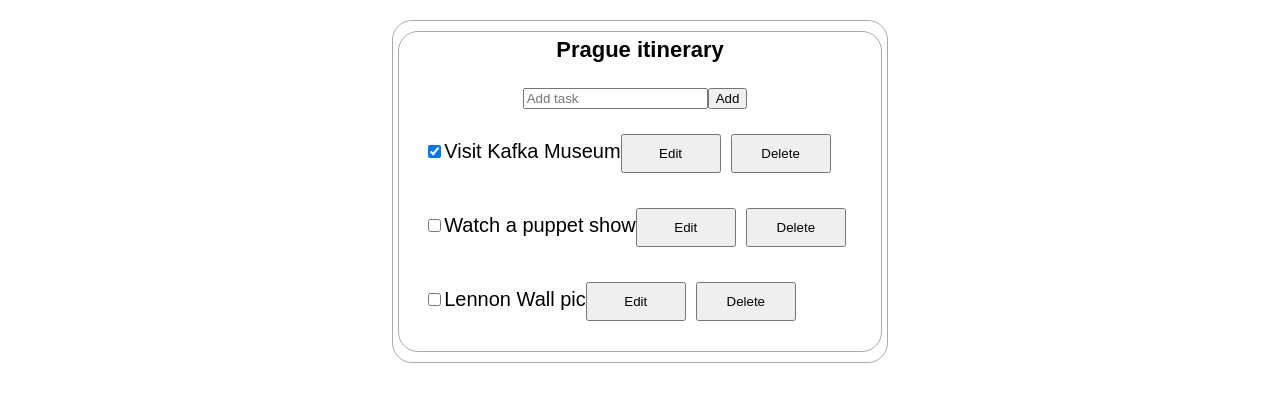
Repository: trider/my-react-app
Page: /
These files come from the project's save history. The page is drawn as it stood at one moment and after the next save; the edit follows.
The browser window is 1280 px wide. The pictures show the whole page.
The project was rebuilt for these pictures with package versions that can differ from the ones it lists, and the page was loaded fresh each time. Also part of the build but not shown: src/components/basic/Gallery.js, src/components/basic/Profile.js, src/components/utils.js, src/components/basic/Avatar.js, src/components/basic/GridX.js, src/components/time/Clock.js, src/components/time/Time.js, src/components/basic/ListT.js and 54 more. Imported but missing from the stored project, and not drawn on this page: src/components/stateManagement/Accoridion.

Above is the page before, as saved 2024-04-25 11:01:15.

### src/App.js
// import logo from './logo.svg';
import Gallery from './components/basic/Gallery.js';
import Profile from './components/basic/Profile.js';
import Avatar from './components/basic/Avatar.js';
import GridX from './components/basic/GridX.js';
import Time from './components/time/Time.js';
import List from './components/basic/ListT.js';
import ListP from './components/people/people.js';
import Tea from './components/basic/Tea.js';
import MyFancy from './components/fancyText/MyFancy.js';
import Interactive from './components/inveractive/interactive.js';
import State from './components/state/state.js';
import StateManagement from './components/stateManagement/StateManagement.js';

import Card from './components/basic/Card.js';

import './App.css';
import './styles.css';

const props = {
  avatar: {
    size: 100,
    person: {
      name: 'Katsuko Saruhashi',
      imageId: 'YfeOqp2'
    }
  },
  show: {
    default: {
      show:false,
      components:{
        clock: false,
        avatar: false,
        gallery: false,
        grid: false,
        profile: false,
        list: false,
        people: false,
        tea: true,
        fancy: true
      }
    },
    interactive: false,
    state: false,
    stateManagement: true



  }

}

const person = {
  name: 'Gregorio Y. Zara',
  theme: {
    backgroundColor: 'black',
    color: 'pink'
  }
};




let App = () => {
  return (
    <div>

      { props.show.default.show &&
        <div>
          {props.show.default.components.clock && <Card><Time /></Card>}
          {props.show.default.components.profile && <Card><Profile /></Card>}
          {props.show.default.components.grid && <Card><GridX /></Card>}
          {props.show.default.components.person &&
            <Card>
              <div style={person.theme}>
                <h1>{person.name}'s Todos</h1>
                <img
                  className="avatar"
                  src="https://i.imgur.com/7vQD0fPs.jpg"
                  alt="Gregorio Y. Zara"
                />
                <ul>
                  <li>Improve the videophone</li>
                  <li>Prepare aeronautics lectures</li>
                  <li>Work on the alcohol-fuelled engine</li>
                </ul>
              </div>
            </Card>
          }


            {props.show.default.components.avatar &&
              <Card>
                <div className="avatar"><Avatar {...props.avatar} /></div>
              </Card>

            }

            {props.show.default.components.list && <Card><List /></Card>}
            {props.show.default.components.gallery && <Card><Gallery /></Card>}
            {props.show.default.components.people && <Card><ListP /></Card>}
            {props.show.default.components.tea && <Card><Tea /></Card>}
            {props.show.default.components.fancy && <Card><MyFancy /></Card>}



        </div>
      }
      {props.show.interactive && <Interactive />}
      {props.show.state && <State />}
      {props.show.stateManagement && <StateManagement />}



    </div>


  );
}


export default App;

### src/components/stateManagement/StateManagement.js
import Quiz from "./Quiz";
import FeedbackForm from "./FeedBack";
import NameCheck from "./NameCheck";
import Menu from "./Snacks";
import Card from "../basic/Card";
import TravelPlan from "./places/TravelPlan";
import Accordion from "./Accoridion";
import Counter1 from "./Counters/Counters1";
import Counter2 from "./Counters/Counters2";
import Counter3 from "./Counters/Counters3";
import Counter4 from "./Counters/Counters4";
import Scoreboard from "./Counters/Counters5";
import Messenger from "./Contacts/Contacts";
import TaskApp from "./Reducers/TaskApp";

import './styles.css';
import './Counters/counters.css';
// import './places/places.css';

const props = {
 show: {
  quiz: false,
  feedBack: false,
  nameCheck: false,
  menu: false,
  travelPlan: false,
  accordion:false,
  counter1:false,
  counter2:false,
  counter3:false,
  counter4:false,
  scoreboard:false,
  messenger:false,
  taskApp:true

 }
};


const StateManagement = () => {


  return (
    <div>
     {props.show.quiz && <Quiz />}
     {props.show.feedBack && <FeedbackForm />}
     {props.show.nameCheck && <NameCheck />}
     {props.show.menu &&
      <Card>
        <Menu />
      </Card>}
      {props.show.travelPlan && <TravelPlan /> }
      {props.show.accordion &&  <Accordion />}
      {props.show.counter1 && <Counter1 />}
      {props.show.counter2 && <Counter2 />}
      {props.show.counter3 && <Counter3 />}
      {props.show.counter4 && <Counter4 />}
      {props.show.scoreboard && <Scoreboard />}
      {props.show.messenger && <Messenger />}
      {props.show.taskApp &&
        <Card>
         <TaskApp />
        </Card>}

    </div>
  );
}

export default StateManagement;

### src/components/basic/Card.js
import '../../styles.css';



const Card = ({ children }) => {
 return (
   <div className="card">
     {children}
   </div>
 );
}

export default Card;

### src/styles.css
* {
 box-sizing: border-box;
}

body {
 font-family: sans-serif;
 margin: 20px;
 padding: 0;
}

h1 {
 margin-top: 0;
 font-size: 22px;
}

h2 {
 margin-top: 0;
 font-size: 20px;
}

h3 {
 margin-top: 0;
 font-size: 18px;
}

h4 {
 margin-top: 0;
 font-size: 16px;
}

h5 {
 margin-top: 0;
 font-size: 14px;
}

h6 {
 margin-top: 0;
 font-size: 12px;
}

code {
 font-size: 1.2em;
}

ul {
 padding-inline-start: 20px;
 list-style-type: circle;
}

.card {
 width: fit-content;
 margin: 5px;
 display: block;
 margin-left: auto;
 margin-right: auto;
 padding: 5px;
 font-size: 20px;
 text-align: center;
 border: 1px solid #aaa;
 border-radius: 20px;
 background: #fff;
}
.avatar {
 margin: 20px;
 border-radius: 50%;
}

### src/components/people/people.css
* {
 box-sizing: border-box;
}

body {
 font-family: sans-serif;
 margin: 20px;
 padding: 0;
}

h1 {
 margin-top: 0;
 font-size: 22px;
}

h2 {
 margin-top: 0;
 font-size: 20px;
}

h3 {
 margin-top: 0;
 font-size: 18px;
}

h4 {
 margin-top: 0;
 font-size: 16px;
}

h5 {
 margin-top: 0;
 font-size: 14px;
}

h6 {
 margin-top: 0;
 font-size: 12px;
}

code {
 font-size: 1.2em;
}

ul {
 padding-inline-start: 20px;
}

ul { list-style-type: none; padding: 0px 10px; }
li {
 margin-bottom: 10px;
 display: grid;
 grid-template-columns: auto 1fr;
 gap: 20px;
 align-items: center;
}
img { width: 100px; height: 100px; border-radius: 50%; }

### src/components/fancyText/fancy.css
* {
 box-sizing: border-box;
}

body {
 font-family: sans-serif;
 margin: 20px;
 padding: 0;
}

h1 {
 margin-top: 0;
 font-size: 22px;
}

h2 {
 margin-top: 0;
 font-size: 20px;
}

h3 {
 margin-top: 0;
 font-size: 18px;
}

h4 {
 margin-top: 0;
 font-size: 16px;
}

h5 {
 margin-top: 0;
 font-size: 14px;
}

h6 {
 margin-top: 0;
 font-size: 12px;
}

code {
 font-size: 1.2em;
}

ul {
 padding-inline-start: 20px;
}

.fancy {
 font-family: 'Georgia';
}
.title {
 color: #007AA3;
 text-decoration: underline;
}
.cursive {
 font-style: italic;
}
.small {
 font-size: 10px;
}
.colorbox {
 height: 100px;
 width: 100px;
 margin: 8px;
}

### src/components/inveractive/interactive.css
* {
 box-sizing: border-box;
}

body {
 font-family: sans-serif;
 margin: 20px;
 padding: 0;
}

h1 {
 margin-top: 0;
 font-size: 22px;
}

h2 {
 margin-top: 5px;
 font-size: 20px;
}

h3 {
 margin-top: 0;
 font-size: 18px;
}

h4 {
 margin-top: 0;
 font-size: 16px;
}

h5 {
 margin-top: 0;
 font-size: 14px;
}

h6 {
 margin-top: 0;
 font-size: 12px;
}

code {
 font-size: 1.2em;
}

ul {
 padding-inline-start: 20px;
}

section {
 margin-bottom: 20px;
}

button {
 margin-top: 10px;
 margin-right: 10px;
 margin-bottom: 15px;
}


.Toolbar {
 background: #aaa;
 padding: 5px;
}

### src/components/state/state.css
* {
 box-sizing: border-box;
}

body {
 font-family: sans-serif;
 margin: 20px;
 padding: 0;
}

h1 {
 margin-top: 0;
 font-size: 22px;
}

h2 {
 margin-top: 0;
 font-size: 20px;
}

h3 {
 margin-top: 0;
 font-size: 18px;
}

h4 {
 margin-top: 0;
 font-size: 16px;
}

h5 {
 margin-top: 0;
 font-size: 14px;
}

h6 {
 margin-top: 0;
 font-size: 12px;
}

code {
 font-size: 1.2em;
}

ul {
 padding-inline-start: 20px;
 list-style-type: circle;
}


label, textarea { margin-bottom: 10px; display: block; }

.cardState {
 width:max-content;
 margin: 5px;
 display: block;
 /* margin-left: auto;
 margin-right: auto; */
 padding: 5px;
 font-size: 20px;
 text-align: center;
 border: 1px solid #aaa;
 border-radius: 20px;
 background: #fff;
}

### src/components/stateManagement/Reducers/TaskApp.js
import { useReducer } from 'react';
import AddTask from './AddTask.js';
import TaskList from './TaskList.js';
import tasksReducer from './tasksReducer.js';
import Card from '../../basic/Card.js';

export default function TaskApp() {
  const [tasks, dispatch] = useReducer(tasksReducer, initialTasks);

  function handleAddTask(text) {
    dispatch({
      type: 'added',
      id: nextId++,
      text: text,
    });
  }

  function handleChangeTask(task) {
    dispatch({
      type: 'changed',
      task: task,
    });
  }

  function handleDeleteTask(taskId) {
    dispatch({
      type: 'deleted',
      id: taskId,
    });
  }

  function list(tasks) {
    return <ul>
      {tasks.map((task) => (
        <li key={task.id}>
         {JSON.stringify(task)}
        </li>
      ))}
    </ul>
    ;
  }

  return (
    <>
      <Card>
      <h1>Prague itinerary</h1>
      <AddTask onAddTask={handleAddTask} />
      <TaskList
        tasks={tasks}
        onChangeTask={handleChangeTask}
        onDeleteTask={handleDeleteTask}
      />
      </Card>

    </>
  );
}

let nextId = 3;
const initialTasks = [
  {id: 0, text: 'Visit Kafka Museum', done: true},
  {id: 1, text: 'Watch a puppet show', done: false},
  {id: 2, text: 'Lennon Wall pic', done: false},
];

### src/components/stateManagement/styles.css
* {
 box-sizing: border-box;
}

body {
 font-family: sans-serif;
 margin: 20px;
 padding: 0;
}

h1 {
 margin-top: 0;
 font-size: 22px;
}

h2 {
 margin-top: 0;
 font-size: 20px;
}

h3 {
 margin-top: 0;
 font-size: 18px;
}

h4 {
 margin-top: 0;
 font-size: 16px;
}

h5 {
 margin-top: 0;
 font-size: 14px;
}

h6 {
 margin-top: 0;
 font-size: 12px;
}

code {
 font-size: 1.2em;
}

ul {
 padding-inline-start: 20px;
}

h3, p { margin: 5px 0px; }
.panel {
 padding: 10px;
 border: 1px solid #aaa;
}

### src/components/stateManagement/Counters/counters.css
* {
 box-sizing: border-box;
}

body {
 font-family: sans-serif;
 margin: 20px;
 padding: 0;
}

h1 {
 margin-top: 0;
 font-size: 22px;
}

h2 {
 margin-top: 0;
 font-size: 20px;
}

h3 {
 margin-top: 0;
 font-size: 18px;
}

h4 {
 margin-top: 0;
 font-size: 16px;
}

h5 {
 margin-top: 0;
 font-size: 14px;
}

h6 {
 margin-top: 0;
 font-size: 12px;
}

code {
 font-size: 1.2em;
}

ul {
 padding-inline-start: 20px;
}

label {
 display: block;
 clear: both;
}

.counter {
 width: 100px;
 text-align: center;
 border: 1px solid gray;
 border-radius: 4px;
 padding: 20px;
 margin: 0 20px 20px 0;
 float: left;
}

.hover {
 background: #ffffd8;
}

### src/components/stateManagement/places/places.css
* {
 box-sizing: border-box;
}

body {
 font-family: sans-serif;
 margin: 20px;
 padding: 0;
}

h1 {
 margin-top: 0;
 font-size: 22px;
}

h2 {
 margin-top: 0;
 font-size: 20px;
}

h3 {
 margin-top: 0;
 font-size: 18px;
}

h4 {
 margin-top: 0;
 font-size: 16px;
}

h5 {
 margin-top: 0;
 font-size: 14px;
}

h6 {
 margin-top: 0;
 font-size: 12px;
}

code {
 font-size: 1.2em;
}

ul {
 padding-inline-start: 20px;
 text-align: left;
 /* vertical-align: top; */
}

li {
 margin-bottom: 10px;
 /* vertical-align: top; */
}

### src/components/stateManagement/Contacts/contacts.css
* {
 box-sizing: border-box;
}

body {
 font-family: sans-serif;
 margin: 20px;
 padding: 0;
}

h1 {
 margin-top: 0;
 font-size: 22px;
}

h2 {
 margin-top: 0;
 font-size: 20px;
}

h3 {
 margin-top: 0;
 font-size: 18px;
}

h4 {
 margin-top: 0;
 font-size: 16px;
}

h5 {
 margin-top: 0;
 font-size: 14px;
}

h6 {
 margin-top: 0;
 font-size: 12px;
}

code {
 font-size: 1.2em;
}

ul {
 padding-inline-start: 20px;
}

.chat, .contact-list {
 float: left;
 margin-bottom: 20px;
}
ul, li {
 list-style: none;
 margin: 0;
 padding: 0;
}
li button {
 width: 100px;
 padding: 10px;
 margin-right: 10px;
}
textarea {
 height: 150px;
}

### src/components/stateManagement/Reducers/AddTask.js
import { useState } from 'react';

export default function AddTask({onAddTask}) {
  const [text, setText] = useState('');
  return (
    <>
      <input
        placeholder="Add task"
        value={text}
        onChange={(e) => setText(e.target.value)}
      />
      <button
        onClick={() => {
          setText('');
          onAddTask(text);
        }}>
        Add
      </button>
    </>
  );
}

### src/components/stateManagement/Reducers/TaskList.js
import { useState } from 'react';

export default function TaskList({tasks, onChangeTask, onDeleteTask}) {
  return (
    <ul>
      {tasks.map((task) => (
        <li key={task.id}>
          <Task task={task} onChange={onChangeTask} onDelete={onDeleteTask} />
        </li>
      ))}
    </ul>
  );
}

function Task({task, onChange, onDelete}) {
  const [isEditing, setIsEditing] = useState(false);
  let taskContent;
  if (isEditing) {
    taskContent = (
      <>
        <input
          value={task.text}
          onChange={(e) => {
            onChange({
              ...task,
              text: e.target.value,
            });
          }}
        />
        <button onClick={() => setIsEditing(false)}>Save</button>
      </>
    );
  } else {
    taskContent = (
      <>
        {task.text}
        <button onClick={() => setIsEditing(true)}>Edit</button>
      </>
    );
  }
  return (
    <label>
      <input
        type="checkbox"
        checked={task.done}
        onChange={(e) => {
          onChange({
            ...task,
            done: e.target.checked,
          });
        }}
      />
      {taskContent}
      <button onClick={() => onDelete(task.id)}>Delete</button>
    </label>
  );
}

### src/components/stateManagement/Reducers/tasksReducer.js
export default function tasksReducer(tasks, action) {
 switch (action.type) {
   case 'added': {
     return [
       ...tasks,
       {
         id: action.id,
         text: action.text,
         done: false,
       },
     ];
   }
   case 'changed': {
     return tasks.map((t) => {
       if (t.id === action.task.id) {
         return action.task;
       } else {
         return t;
       }
     });
   }
   case 'deleted': {
     return tasks.filter((t) => t.id !== action.id);
   }
   default: {
     throw Error('Unknown action: ' + action.type);
   }
 }
}

Loaded but not shown: public/index.html (common file); src/index.js (common file); src/index.css (common file); src/reportWebVitals.js (common file)

After the next save:
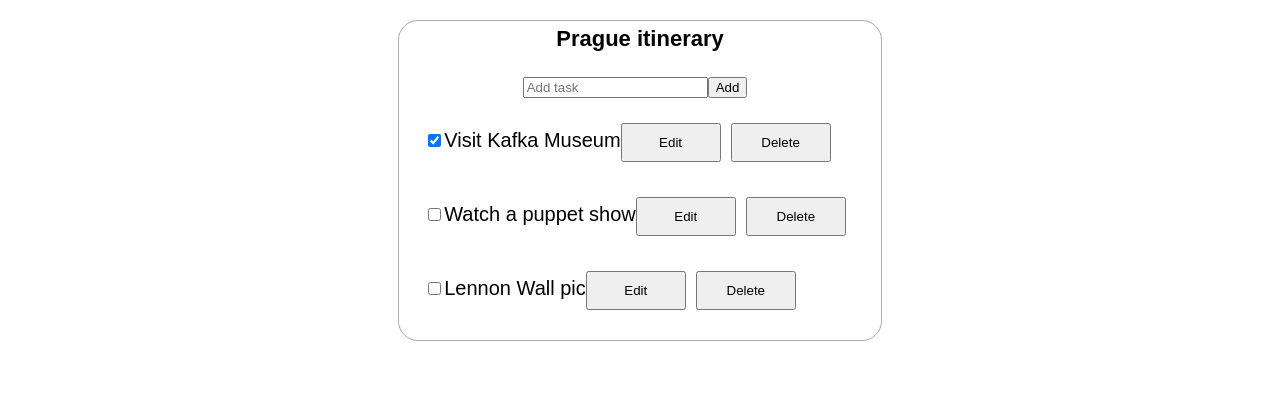
Saved 16 s later.
--- a/src/components/stateManagement/StateManagement.js
+++ b/src/components/stateManagement/StateManagement.js
@@ -57,10 +57,7 @@ const StateManagement = () => {
       {props.show.counter4 && <Counter4 />}
       {props.show.scoreboard && <Scoreboard />}
       {props.show.messenger && <Messenger />}
-      {props.show.taskApp &&
-        <Card>
-         <TaskApp />
-        </Card>}
+      {props.show.taskApp && <TaskApp />}
 
     </div>
   );
